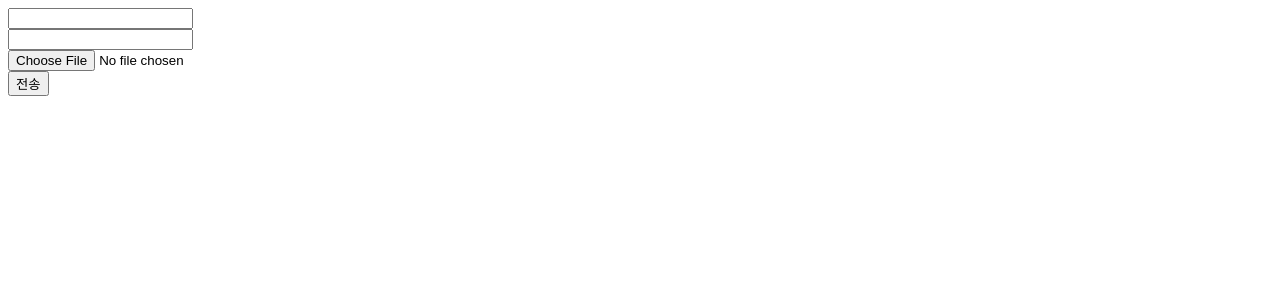
Repository: Rysdne/04_Spring
Page: http://localhost/demo-4/fileformjson.jsp
An editor plug-in stored every save of this project. The page is shown before and after the next save, followed by the edit.
The browser window is 1280 px wide. The pictures show the whole page.
The page is served by Tomcat 9. Other server files are loaded and not shown.

Above is the page before, as saved 2022-09-13 02:23:11.

### demo-4/src/main/webapp/fileformjson.jsp
<%@ page language="java" contentType="text/html; charset=EUC-KR"
	pageEncoding="EUC-KR"%>
<!DOCTYPE html>
<html>
<head>
<meta charset="EUC-KR">
<title>Insert title here</title>
<script
	src="https://ajax.googleapis.com/ajax/libs/jquery/3.5.1/jquery.min.js"></script>

<script>
	function jsonformsend() {
		// 일반 String : json 형태
		// 파일 데이터 : fomrData 형태
		var data = {"key":$('#key').val(), "value":$('#value').val()}
		var formData = new FormData();
		formData.append();

	}
</script>

</head>
<body>

	<input type="text" id="key" name="key">
	<br>
	<input type="text" id="value" name="value">
	<br>
	<input type="file" id="file" name="file">
	<br>
	<input type="button" value="전송" onclick="jsonformsend()">

</body>
</html>

After the next save:
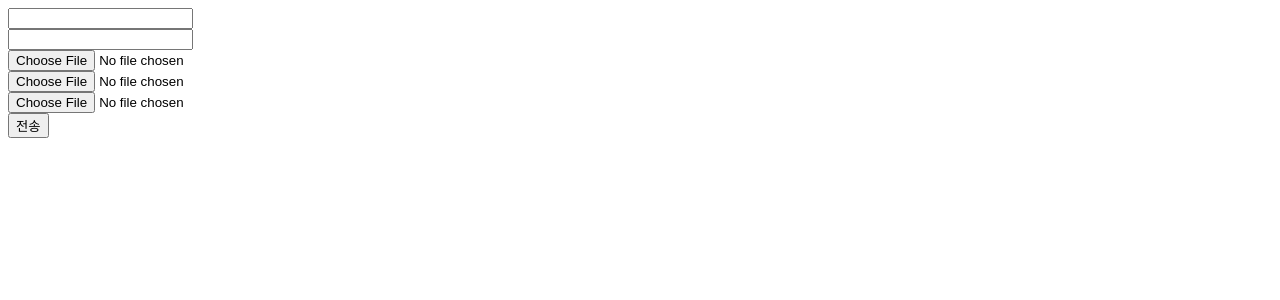
Saved 29 s later.
--- a/demo-4/src/main/webapp/fileformjson.jsp
+++ b/demo-4/src/main/webapp/fileformjson.jsp
@@ -15,7 +15,7 @@
 		var data = {"key":$('#key').val(), "value":$('#value').val()}
 		var formData = new FormData();
 		formData.append();
-
+		fomrData.append("file1")
 	}
 </script>
 
@@ -26,7 +26,11 @@
 	<br>
 	<input type="text" id="value" name="value">
 	<br>
-	<input type="file" id="file" name="file">
+	<input type="file" id="file1" name="file1">
+	<br>
+	<input type="file" id="file2" name="file2">
+	<br>
+	<input type="file" id="file3" name="file3">
 	<br>
 	<input type="button" value="전송" onclick="jsonformsend()">
 
